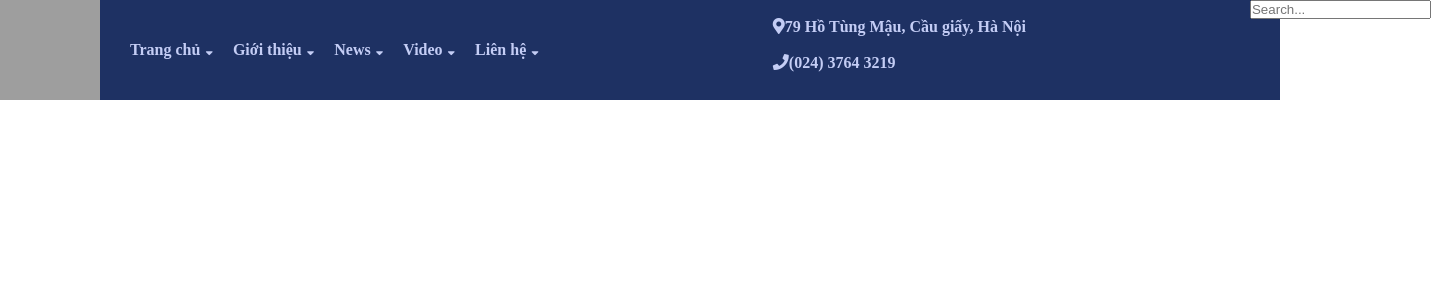
Repository: Luong-tung/newtopics
Page: index2.html
An editor plug-in stored every save of this project. The page is shown before and after the next save, followed by the edit.
The browser window is 1280 px wide. The page is 1431 px wide, then 1405 px, so the pictures cover 1431 px, including what lies to the right of the window. The pictures show the whole page.
Pictures or frames that could not be fetched are drawn as grey boxes. Some web libraries are served in a nearby version.

Above is the page before, as saved 2021-10-07 18:25:42.

### index2.html
<!DOCTYPE html>
<html lang="en">
<head>
    <meta charset="UTF-8">
    <meta http-equiv="X-UA-Compatible" content="IE=edge">
    <meta name="viewport" content="width=device-width, initial-scale=1.0">
    <title>trang web thương mai điện tử</title>
    <link rel="stylesheet" href="iu2.css">
    <link rel="stylesheet" href="https://pro.fontawesome.com/releases/v5.10.0/css/all.css" integrity="sha384-AYmEC3Yw5cVb3ZcuHtOA93w35dYTsvhLPVnYs9eStHfGJvOvKxVfELGroGkvsg+p" crossorigin="anonymous"/>
    <link rel="stylesheet" href="grid.css">

</head>
<body>
    <div class="header">
        <div class="logo">
            <img src="https://scontent.fhan3-5.fna.fbcdn.net/v/t1.15752-9/243148085_229171089102243_5702030057696055665_n.png?_nc_cat=109&ccb=1-5&_nc_sid=ae9488&_nc_ohc=MFQrVL-E3ZUAX81UgOR&_nc_ht=scontent.fhan3-5.fna&oh=bf2530340138a8a1eb55384dd7d37a9e&oe=6184EB79" alt="">


            <ul>
                <li><a href="#"></a>Trang chủ<i class="fas fa-sort-down"></i></li>
                <li><a href="#"></a>Giới thiệu<i class="fas fa-sort-down"></i></li>
                <li><a href="#"></a>News<i class="fas fa-sort-down"></i></li>
                <li><a href="#"></a>Video<i class="fas fa-sort-down"></i></li>
                <li><a href="#"></a>Liên hệ<i class="fas fa-sort-down"></i></li>
            </ul>
        </div>
        <div class="address">
            <p><i class="fas fa-map-marker-alt"></i>79 Hồ Tùng Mậu, Cầu giấy, Hà Nội</p>
            <P><i class="fas fa-phone"></i>(024) 3764 3219</P>
        </div>
        <div class="search">
            <form>
                <input type="text" name="Search" placeholder="Search...">
            </form>
        </div>









    </div>
    <script src="./main2.js"></script>
</body>
</html>

### iu2.css
*{
    padding: 0;
    margin: 0;

}
.header{
    width: 100%;
    height: 100px;
    background:#1E3163;
    display: flex;
    justify-content: space-between;

}
.header .logo img{
    width: 100px;
    height: 100px;

}
.header .logo{
    display: flex;
    cursor: pointer;
}
.header .logo ul{
    color: #c4cdf5;
    margin-left: 20px;
    display: flex;
    align-items: center;
    justify-content: space-between;
}
.header .logo ul li{
    list-style: none;
    cursor: pointer;
    margin: 0px 5px;
    padding:5px;
    font-weight: 600;

}
.header .logo ul li i{
    font-size: 12px;
    margin-left: 5px;
}
.header .logo ul li:hover{
    background:#c4cdf5;
    color:#092086;

}
.header .address p{
    margin-top: 18px;
    color: #c4cdf5;
    font-weight: 600;
    cursor: pointer;
    padding: 0 5px;
}
.header .search{
    align-items: center;
}
.header .search form{
    width: 30px;
    height: 90px;
}

Loaded but not shown: grid.css (no stored copy; drawn as an empty file); main2.js (no stored copy; drawn as an empty file)

After the next save:
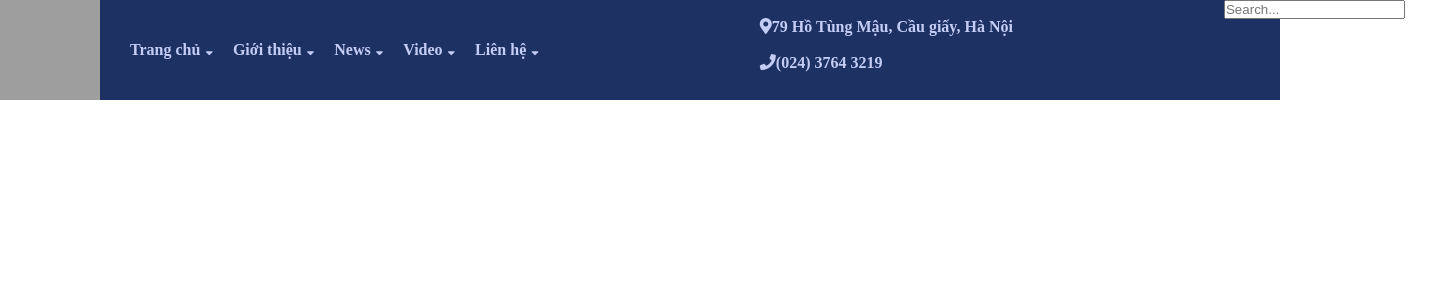
Saved 64 s later.
--- a/iu2.css
+++ b/iu2.css
@@ -52,9 +52,9 @@
     padding: 0 5px;
 }
 .header .search{
-    align-items: center;
+
 }
 .header .search form{
-    width: 30px;
-    height: 90px;
+    width: 56px;
+    height: 70px;
 }
